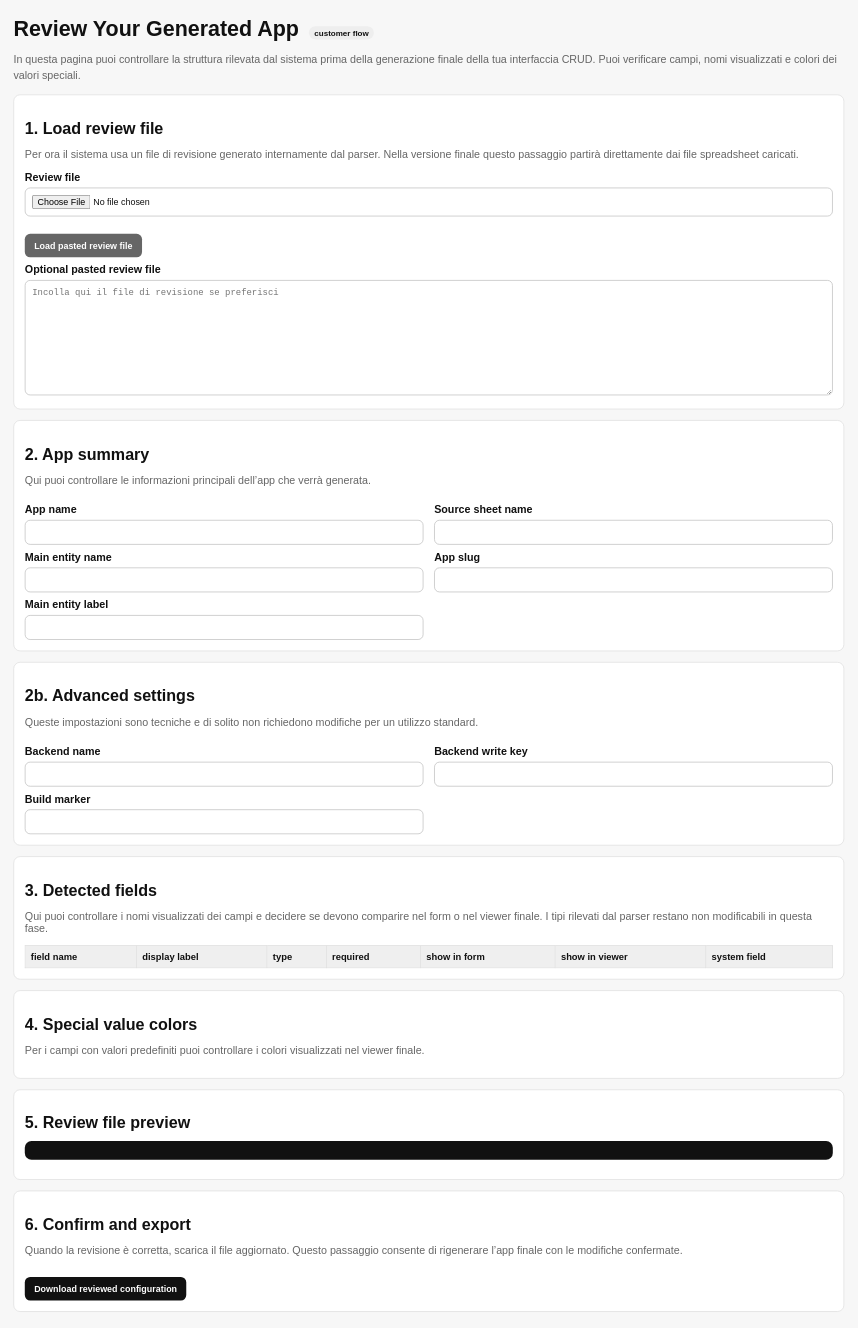
Repository: progettazionemauro/sheets.builder
Page: docs/review.html
The author's editor kept a copy of each file at every save. The page is drawn from the files as they stood at one save, then again after the next save.
The browser window is 1280 px wide. The pictures show the whole page, at 67% of full size.

Above is the page before, as saved 2026-04-14 23:12:49.

### docs/review.html
<!doctype html>
<html lang="it">
<head>
  <meta charset="utf-8" />
  <meta name="viewport" content="width=device-width, initial-scale=1" />
  <title>Review Generated App</title>
  <style>
    body {
      font-family: Arial, sans-serif;
      max-width: 1240px;
      margin: 24px auto;
      padding: 0 16px;
      background: #f7f7f7;
      color: #111;
    }

    h1, h2, h3 {
      margin-bottom: 8px;
    }

    .muted {
      color: #666;
    }

    .card {
      background: #fff;
      border: 1px solid #ddd;
      border-radius: 10px;
      padding: 16px;
      margin: 16px 0;
    }

    label {
      display: block;
      margin: 10px 0 6px;
      font-weight: bold;
    }

    input, textarea, select {
      width: 100%;
      box-sizing: border-box;
      padding: 10px;
      border: 1px solid #bbb;
      border-radius: 8px;
      background: #fff;
    }

    button {
      margin-top: 14px;
      padding: 10px 14px;
      border: 0;
      border-radius: 8px;
      background: #111;
      color: #fff;
      font-weight: bold;
      cursor: pointer;
    }

    button.secondary {
      background: #666;
    }

    button:disabled {
      opacity: .6;
      cursor: not-allowed;
    }

    .grid {
      display: grid;
      grid-template-columns: 1fr 1fr;
      gap: 16px;
    }

    .actions {
      display: flex;
      gap: 10px;
      flex-wrap: wrap;
      margin-top: 12px;
      align-items: center;
    }

    pre {
      background: #111;
      color: #d8ffd8;
      padding: 14px;
      border-radius: 10px;
      overflow: auto;
      white-space: pre-wrap;
    }

    table {
      width: 100%;
      border-collapse: collapse;
      margin-top: 10px;
      background: #fff;
    }

    th, td {
      border: 1px solid #ddd;
      padding: 8px;
      font-size: 14px;
      text-align: left;
      vertical-align: top;
    }

    th {
      background: #efefef;
    }

    .readonly-cell {
      background: #f3f3f3;
      color: #666;
    }

    .ok {
      color: #0a6;
      font-weight: bold;
    }

    .err {
      color: #b00;
      font-weight: bold;
    }

    .badge {
      display: inline-block;
      padding: 3px 8px;
      border-radius: 999px;
      background: #eee;
      font-size: 12px;
      margin-left: 6px;
    }

    .hero-note {
      line-height: 1.5;
    }
  </style>
</head>
<body>

  <h1>Review Your Generated App <span class="badge">customer flow</span></h1>
    <p class="muted hero-note">
    In questa pagina puoi controllare la struttura rilevata dal sistema prima della generazione finale
    della tua interfaccia CRUD. Puoi verificare campi, nomi visualizzati e colori dei valori speciali.
  </p>

  <div class="card">
    <h2>1. Load review file</h2>
    <p class="muted">
      Per ora il sistema usa un file di revisione generato internamente dal parser.
      Nella versione finale questo passaggio partirà direttamente dai file spreadsheet caricati.
    </p>

    <label for="fileInput">Review file</label>
    <input id="fileInput" type="file" accept=".json,application/json" />

    <div class="actions">
      <button id="loadSampleBtn" type="button" class="secondary">Load pasted review file</button>
      <span id="loadStatus" class="muted"></span>
    </div>

    <label for="rawJsonInput">Optional pasted review file</label>
    <textarea id="rawJsonInput" rows="10" placeholder="Incolla qui il file di revisione se preferisci"></textarea>
  </div>

      <div class="card">
    <h2>2. App summary</h2>
    <p class="muted">
      Qui puoi controllare le informazioni principali dell’app che verrà generata.
    </p>

    <div class="grid">
      <div>
        <label for="projectName">App name</label>
        <input id="projectName" />

        <label for="entityName">Main entity name</label>
        <input id="entityName" />

        <label for="entityLabelLower">Main entity label</label>
        <input id="entityLabelLower" />
      </div>

      <div>
        <label for="sheetName">Source sheet name</label>
        <input id="sheetName" />

        <label for="projectSlug">App slug</label>
        <input id="projectSlug" />
      </div>
    </div>
  </div>

  <div class="card">
    <h2>2b. Advanced settings</h2>
    <p class="muted">
      Queste impostazioni sono tecniche e di solito non richiedono modifiche per un utilizzo standard.
    </p>

    <div class="grid">
      <div>
        <label for="backendName">Backend name</label>
        <input id="backendName" />

        <label for="buildMarker">Build marker</label>
        <input id="buildMarker" />
      </div>

      <div>
        <label for="adminPassword">Backend write key</label>
        <input id="adminPassword" />
      </div>
    </div>
  </div>

  <div class="card">
    <h2>3. Detected fields</h2>
    <p class="muted">
      Qui puoi controllare i nomi visualizzati dei campi e decidere se devono comparire nel form o nel viewer finale.
      I tipi rilevati dal parser restano non modificabili in questa fase.
    </p>

    <table id="fieldsTable">
      <thead>
        <tr>
          <th>field name</th>
          <th>display label</th>
          <th>type</th>
          <th>required</th>
          <th>show in form</th>
          <th>show in viewer</th>
          <th>system field</th>
        </tr>
      </thead>
      <tbody></tbody>
    </table>
  </div>

  <div class="card">
    <h2>4. Special value colors</h2>
    <p class="muted">
      Per i campi con valori predefiniti puoi controllare i colori visualizzati nel viewer finale.
    </p>

    <div id="enumStylesWrap"></div>
  </div>

  <div class="card">
    <h2>5. Review file preview</h2>
    <pre id="stateOut"></pre>
  </div>

    <div class="card">
    <h2>6. Confirm and export</h2>
    <p class="muted">
      Quando la revisione è corretta, scarica il file aggiornato. Questo passaggio consente di rigenerare
      l’app finale con le modifiche confermate.
    </p>

    <div class="actions">
      <button id="downloadBtn" type="button">Download reviewed configuration</button>
      <span id="downloadStatus" class="muted"></span>
    </div>
  </div>

<script>
  let builderState = null;

  function setStatus(id, msg, cls = "muted") {
    const el = document.getElementById(id);
    el.textContent = msg;
    el.className = cls;
  }

  function normalizeBool(value) {
    return value === true;
  }

  function escapeHtml(value) {
    return String(value ?? "")
      .replace(/&/g, "&amp;")
      .replace(/</g, "&lt;")
      .replace(/>/g, "&gt;")
      .replace(/"/g, "&quot;");
  }

  function ensureBuilderStateShape(state) {
    if (!state || typeof state !== "object") {
      throw new Error("Review file non valido: root non oggetto");
    }

    if (!state.project || typeof state.project !== "object") {
      state.project = {};
    }

    if (!Array.isArray(state.fields)) {
      state.fields = [];
    }

    if (!state.constraints || typeof state.constraints !== "object") {
      state.constraints = {};
    }

    if (!state.enums || typeof state.enums !== "object") {
      state.enums = {};
    }

    if (!state.enumStyles || typeof state.enumStyles !== "object") {
      state.enumStyles = {};
    }

    if (!state.lists || typeof state.lists !== "object") {
      state.lists = {};
    }

    if (!state.options || typeof state.options !== "object") {
      state.options = {};
    }

    state.fields = state.fields.map(field => {
      const f = { ...field };
      f.name = String(f.name || "").trim();
      f.label = String(f.label || f.name || "").trim();
      f.type = String(f.type || "string").trim();
      f.required = normalizeBool(f.required);
      f.computed = normalizeBool(f.computed);
      f.visibleInForm = normalizeBool(f.visibleInForm);
      f.visibleInViewer = normalizeBool(f.visibleInViewer);
      f.locked = normalizeBool(f.locked);
      if (!Array.isArray(f.enumValues)) f.enumValues = [];
      return f;
    });

    recomputeListsFromFields(state);
    return state;
  }

  function recomputeListsFromFields(state) {
    const headers = [];
    const requiredOnInsert = [];
    const optionalOnInsert = [];
    const computed = [];
    const visibleInForm = [];
    const visibleInViewer = [];
    const enums = {};
    const enumStyles = state.enumStyles || {};

    for (const field of state.fields) {
      headers.push(field.name);

      if (field.computed) {
        computed.push(field.name);
      } else if (field.required) {
        requiredOnInsert.push(field.name);
      } else {
        optionalOnInsert.push(field.name);
      }

      if (field.visibleInForm) {
        visibleInForm.push(field.name);
      }

      if (field.visibleInViewer) {
        visibleInViewer.push(field.name);
      }

      if (field.type === "enum" && Array.isArray(field.enumValues) && field.enumValues.length) {
        enums[field.name] = field.enumValues.slice();
      }

      if (field.type === "enum") {
        if (!enumStyles[field.name]) {
          enumStyles[field.name] = {};
        }
        field.enumStyles = enumStyles[field.name];
      }
    }

    state.enums = enums;
    state.enumStyles = enumStyles;
    state.lists = {
      headers,
      requiredOnInsert,
      optionalOnInsert,
      computed,
      visibleInForm,
      visibleInViewer
    };
  }

  function renderProject() {
    const p = builderState.project || {};
    document.getElementById("projectName").value = p.projectName || "";
    document.getElementById("projectSlug").value = p.projectSlug || "";
    document.getElementById("backendName").value = p.backendName || "";
    document.getElementById("entityName").value = p.entityName || "";
    document.getElementById("entityLabelLower").value = p.entityLabelLower || "";
    document.getElementById("sheetName").value = p.sheetName || "";
    document.getElementById("buildMarker").value = p.buildMarker || "";
    document.getElementById("adminPassword").value = p.adminPassword || "";
  }

  function renderFieldsTable() {
    const tbody = document.querySelector("#fieldsTable tbody");
    tbody.innerHTML = "";

    builderState.fields.forEach((field, idx) => {
      const tr = document.createElement("tr");

      tr.innerHTML = `
        <td class="${field.locked ? "readonly-cell" : ""}">
          <input data-key="name" data-index="${idx}" value="${escapeHtml(field.name)}" ${field.locked ? "readonly" : ""} />
        </td>
        <td>
          <input data-key="label" data-index="${idx}" value="${escapeHtml(field.label || "")}" />
        </td>
        <td class="readonly-cell">
          <input data-key="type" data-index="${idx}" value="${escapeHtml(field.type)}" readonly />
        </td>
        <td>
          <select data-key="required" data-index="${idx}" ${field.computed ? "disabled" : ""}>
            <option value="false" ${field.required ? "" : "selected"}>NO</option>
            <option value="true" ${field.required ? "selected" : ""}>YES</option>
          </select>
        </td>
        <td>
          <select data-key="visibleInForm" data-index="${idx}" ${field.computed ? "disabled" : ""}>
            <option value="false" ${field.visibleInForm ? "" : "selected"}>NO</option>
            <option value="true" ${field.visibleInForm ? "selected" : ""}>YES</option>
          </select>
        </td>
        <td>
          <select data-key="visibleInViewer" data-index="${idx}">
            <option value="false" ${field.visibleInViewer ? "" : "selected"}>NO</option>
            <option value="true" ${field.visibleInViewer ? "selected" : ""}>YES</option>
          </select>
        </td>
        <td class="readonly-cell">${field.locked ? "YES" : "NO"}</td>
      `;

      tbody.appendChild(tr);
    });

    bindFieldEvents();
  }

  function ensureEnumStylesShape() {
    if (!builderState.enumStyles || typeof builderState.enumStyles !== "object") {
      builderState.enumStyles = {};
    }

    builderState.fields.forEach(field => {
      if (field.type !== "enum") return;

      if (!builderState.enumStyles[field.name] || typeof builderState.enumStyles[field.name] !== "object") {
        builderState.enumStyles[field.name] = {};
      }

      (field.enumValues || []).forEach(value => {
        if (!builderState.enumStyles[field.name][value]) {
          builderState.enumStyles[field.name][value] = { bg: "", fg: "" };
        } else {
          const styleObj = builderState.enumStyles[field.name][value];
          builderState.enumStyles[field.name][value] = {
            bg: String(styleObj.bg || ""),
            fg: String(styleObj.fg || "")
          };
        }
      });
    });
  }

  function renderEnumStylesEditor() {
    const wrap = document.getElementById("enumStylesWrap");
    if (!wrap) return;

    wrap.innerHTML = "";
    ensureEnumStylesShape();

    const enumFields = builderState.fields.filter(field => field.type === "enum");

    if (!enumFields.length) {
      wrap.innerHTML = `<div class="muted">Nessun campo con valori speciali rilevato.</div>`;
      return;
    }

    enumFields.forEach(field => {
      const box = document.createElement("div");
      box.className = "card";
      box.style.margin = "12px 0";
      box.style.padding = "12px";

      let html = `<h3 style="margin:0 0 10px;">${escapeHtml(field.label || field.name)} <span class="muted">(${escapeHtml(field.name)})</span></h3>`;
      html += `<table><thead><tr><th>value</th><th>background</th><th>foreground</th><th>preview</th></tr></thead><tbody>`;

      (field.enumValues || []).forEach(value => {
        const styleObj = builderState.enumStyles[field.name][value] || { bg: "", fg: "" };
        const bg = styleObj.bg || "#ffffff";
        const fg = styleObj.fg || "#000000";

        const previewStyle = [
          bg ? `background:${bg}` : "",
          fg ? `color:${fg}` : "",
          "font-weight:700",
          "text-align:center"
        ].filter(Boolean).join("; ");

        html += `
          <tr>
            <td class="readonly-cell">${escapeHtml(value)}</td>

            <td>
              <div style="display:flex; gap:8px; align-items:center;">
                <input
                  data-enum-field="${escapeHtml(field.name)}"
                  data-enum-value="${escapeHtml(value)}"
                  data-enum-prop="bg"
                  data-enum-role="text"
                  value="${escapeHtml(bg)}"
                  placeholder="#ffffff"
                  style="width:140px;"
                />
                <input
                  type="color"
                  data-enum-field="${escapeHtml(field.name)}"
                  data-enum-value="${escapeHtml(value)}"
                  data-enum-prop="bg"
                  data-enum-role="picker"
                  value="${escapeHtml(bg)}"
                  style="width:56px; padding:4px;"
                />
              </div>
            </td>

            <td>
              <div style="display:flex; gap:8px; align-items:center;">
                <input
                  data-enum-field="${escapeHtml(field.name)}"
                  data-enum-value="${escapeHtml(value)}"
                  data-enum-prop="fg"
                  data-enum-role="text"
                  value="${escapeHtml(fg)}"
                  placeholder="#000000"
                  style="width:140px;"
                />
                <input
                  type="color"
                  data-enum-field="${escapeHtml(field.name)}"
                  data-enum-value="${escapeHtml(value)}"
                  data-enum-prop="fg"
                  data-enum-role="picker"
                  value="${escapeHtml(fg)}"
                  style="width:56px; padding:4px;"
                />
              </div>
            </td>

            <td>
              <div style="padding:8px; border-radius:8px; border:1px solid #ddd; ${previewStyle}">
                ${escapeHtml(value)}
              </div>
            </td>
          </tr>
        `;
      });

      html += `</tbody></table>`;
      box.innerHTML = html;
      wrap.appendChild(box);
    });

    bindEnumStyleEvents();
  }

  function renderEnumStyles() {
    renderEnumStylesEditor();
  }

  function bindFieldEvents() {
    document.querySelectorAll("[data-key]").forEach(el => {
      const key = el.dataset.key;
      const idx = Number(el.dataset.index);
      const field = builderState.fields[idx];

      if (key === "type") {
        return;
      }

      if (el.tagName === "INPUT") {
        el.addEventListener("input", () => {
          field[key] = el.value;
          recomputeListsFromFields(builderState);
          renderPreviewOnly();
        });
        return;
      }

      if (el.tagName === "SELECT") {
        el.addEventListener("change", () => {
          field[key] = el.value === "true";

          if (key === "required" && field.computed) {
            field.required = false;
          }

          if (key === "visibleInForm" && field.computed) {
            field.visibleInForm = false;
          }

          recomputeListsFromFields(builderState);
          renderPreviewOnly();
        });
      }
    });
  }

  function syncEnumStyleInputs(fieldName, valueName, prop, value) {
    document.querySelectorAll(
      `[data-enum-field="${fieldName}"][data-enum-value="${valueName}"][data-enum-prop="${prop}"]`
    ).forEach(el => {
      if (el.value !== value) {
        el.value = value;
      }
    });
  }

  function bindEnumStyleEvents() {
    document.querySelectorAll("[data-enum-field]").forEach(el => {
      el.addEventListener("input", () => {
        const fieldName = el.dataset.enumField;
        const valueName = el.dataset.enumValue;
        const prop = el.dataset.enumProp;
        const role = el.dataset.enumRole;

        if (!builderState.enumStyles[fieldName]) {
          builderState.enumStyles[fieldName] = {};
        }

        if (!builderState.enumStyles[fieldName][valueName]) {
          builderState.enumStyles[fieldName][valueName] = { bg: "", fg: "" };
        }

        let val = el.value.trim();

        if (role === "picker") {
          val = val.toLowerCase();
        }

        builderState.enumStyles[fieldName][valueName][prop] = val;

        syncEnumStyleInputs(fieldName, valueName, prop, val);
        renderPreviewOnly();
        renderEnumStylesEditor();
      });
    });
  }

  function bindProjectEvents() {
    const mapping = [
      "projectName",
      "projectSlug",
      "backendName",
      "entityName",
      "entityLabelLower",
      "sheetName",
      "buildMarker",
      "adminPassword"
    ];

    mapping.forEach(key => {
      const el = document.getElementById(key);
      el.addEventListener("input", () => {
        if (!builderState) return;
        builderState.project[key] = el.value;
        renderPreviewOnly();
      });
    });
  }

  function renderPreviewOnly() {
    document.getElementById("stateOut").textContent =
      JSON.stringify(builderState, null, 2);
  }

  function renderAll() {
    renderProject();
    renderFieldsTable();
    renderEnumStyles();
    renderPreviewOnly();
  }

  async function loadFromFile(file) {
    const text = await file.text();
    const parsed = JSON.parse(text);
    builderState = ensureBuilderStateShape(parsed);
    renderAll();
    setStatus("loadStatus", "Configuration loaded successfully", "ok");
  }

  document.getElementById("fileInput").addEventListener("change", async (e) => {
    const file = e.target.files && e.target.files[0];
    if (!file) return;

    try {
      await loadFromFile(file);
    } catch (err) {
      setStatus("loadStatus", "Errore: " + err.message, "err");
      console.error(err);
    }
  });

  document.getElementById("loadSampleBtn").addEventListener("click", () => {
    try {
      const raw = document.getElementById("rawJsonInput").value.trim();
      if (!raw) throw new Error("Area review file vuota");

      const parsed = JSON.parse(raw);
      builderState = ensureBuilderStateShape(parsed);
      renderAll();
      setStatus("loadStatus", "Configuration loaded from pasted content", "ok");
    } catch (err) {
      setStatus("loadStatus", "Errore: " + err.message, "err");
      console.error(err);
    }
  });

  document.getElementById("downloadBtn").addEventListener("click", () => {
    try {
      if (!builderState) throw new Error("Nessun review file caricato");

      const blob = new Blob(
        [JSON.stringify(builderState, null, 2)],
        { type: "application/json" }
      );

      const a = document.createElement("a");
      a.href = URL.createObjectURL(blob);
      a.download = "reviewed_configuration.json";
      document.body.appendChild(a);
      a.click();
      document.body.removeChild(a);
      URL.revokeObjectURL(a.href);

    setStatus("downloadStatus", "Reviewed configuration generated successfully", "ok");
    } catch (err) {
      setStatus("downloadStatus", "Errore: " + err.message, "err");
      console.error(err);
    }
  });

  bindProjectEvents();
</script>

</body>
</html>

After the next save:
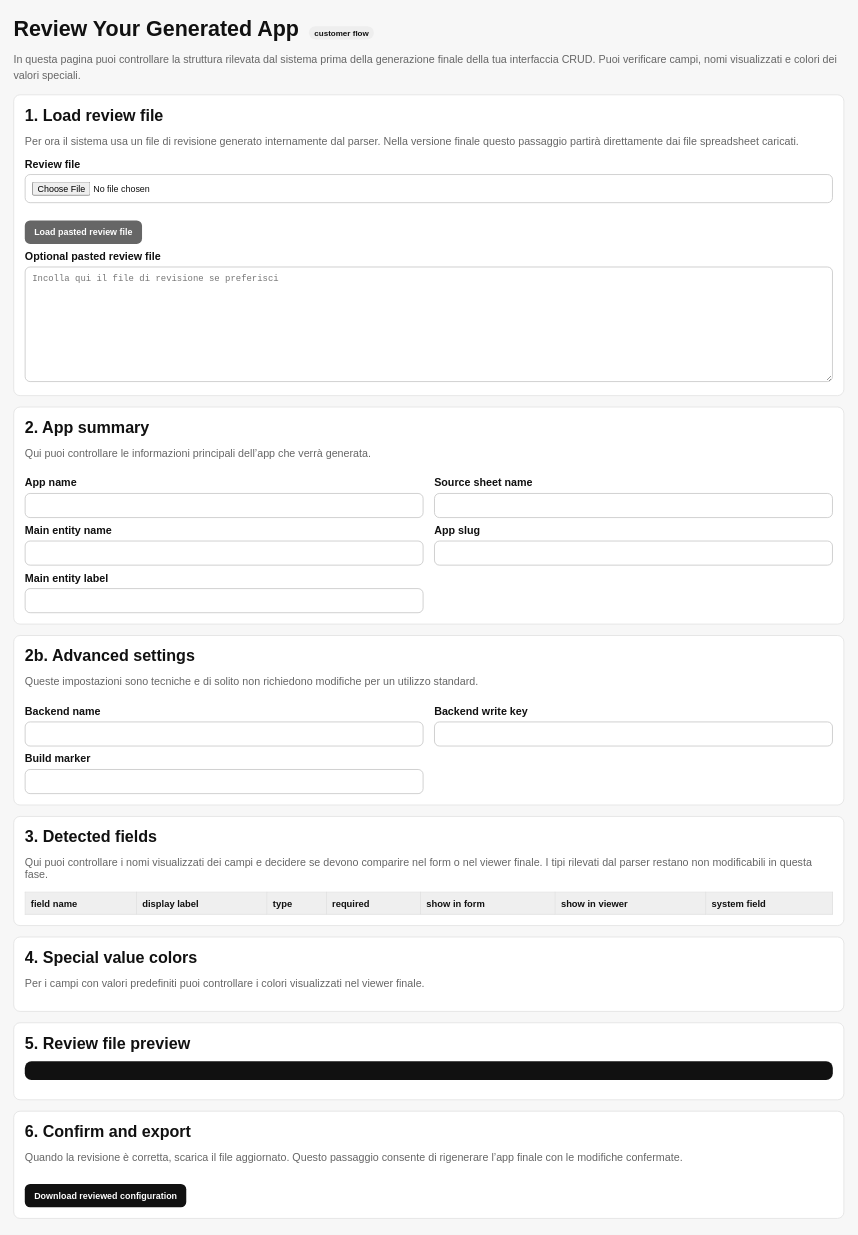
Saved 41 s later.
--- a/docs/review.html
+++ b/docs/review.html
@@ -129,6 +129,10 @@
       background: #eee;
       font-size: 12px;
       margin-left: 6px;
+    }
+
+    .card h2 {
+      margin-top: 0;
     }
 
     .hero-note {
